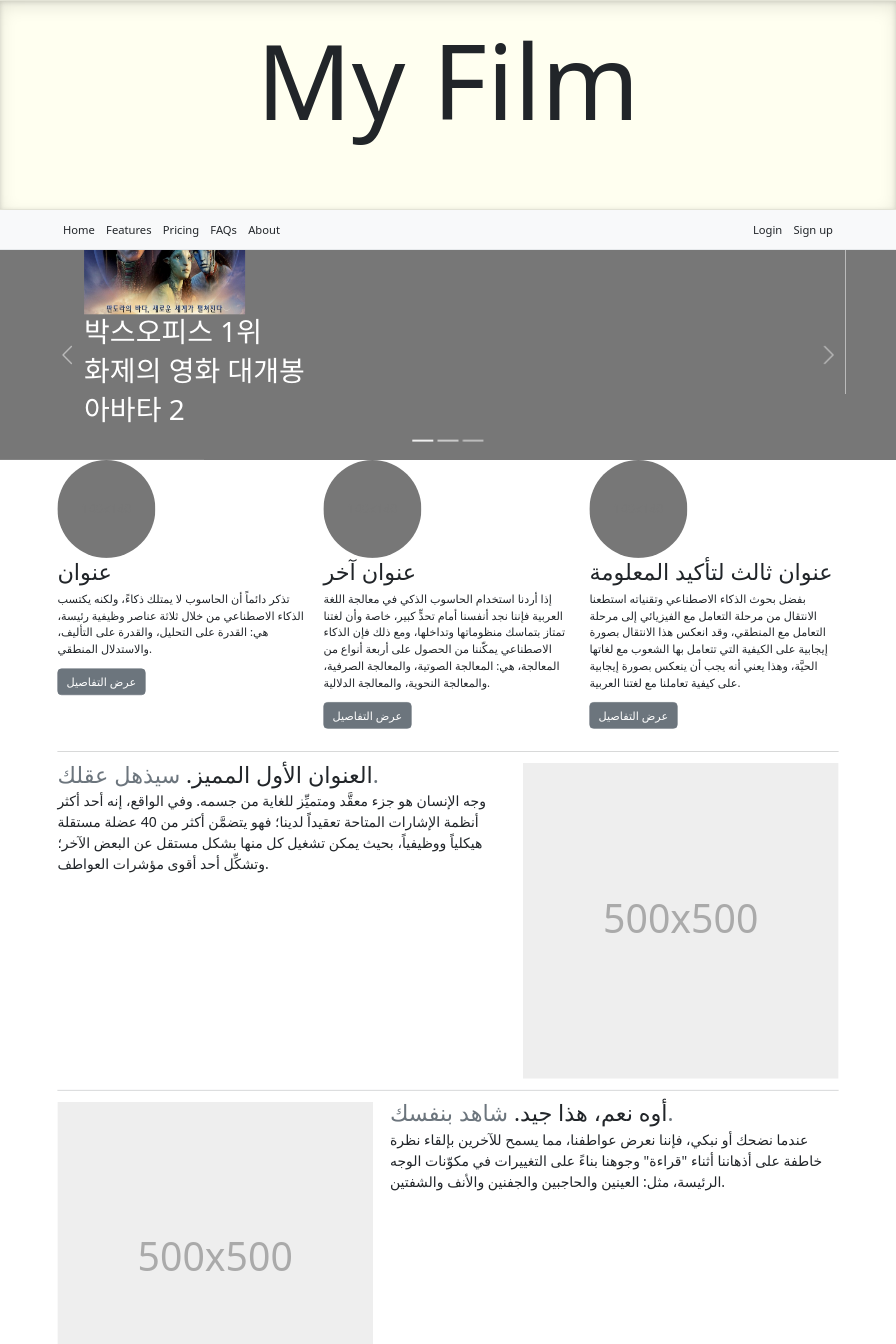
Repository: SpearManCN/MovieBox-2nd-Project-
Page: http://localhost/prj_01/WEB-INF/views/mainForm.jsp
The author's editor kept a copy of each file at every save. The page is drawn from the files as they stood at one save, then again after the next save.
The browser window is 1280 px wide. The pictures show the part of the page from y = 0 to 1920 px (the page is 2582 px tall), at 70% of full size.
The page is served by Tomcat 9. Nobody is signed in. The template is opened directly, without the code that normally fills it, so the values that code supplies are empty.

Above is the page before, as saved 2022-12-12 12:48:01.

After the next save:
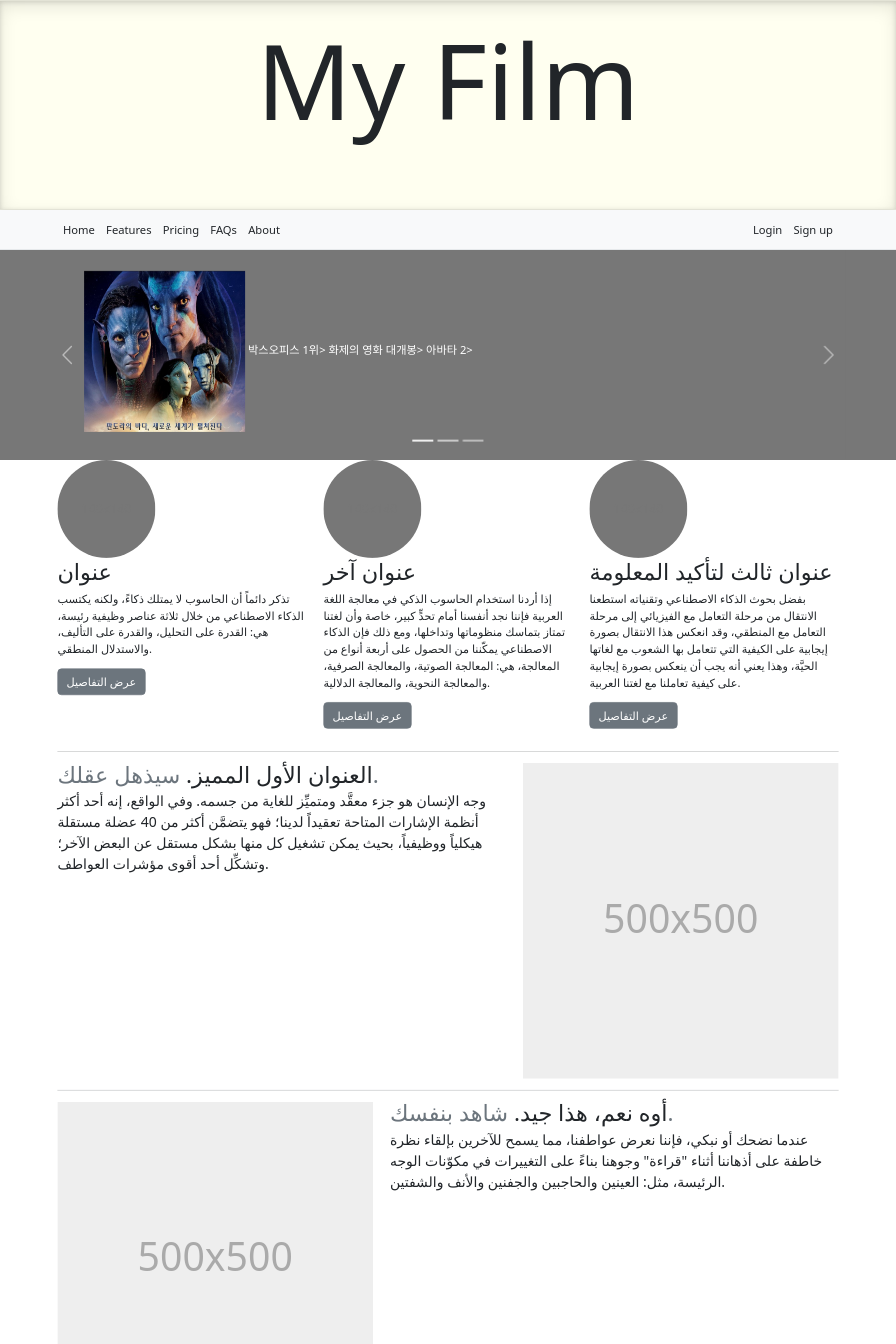
Saved 29 s later.
--- a/Second project/prj_01/src/main/webapp/WEB-INF/views/mainForm.jsp
+++ b/Second project/prj_01/src/main/webapp/WEB-INF/views/mainForm.jsp
@@ -96,9 +96,9 @@
 
           <div class="carousel-caption text-start">
           <img src="resources/img/mainMovie0.jpg" width="230" height="230">
-			<h1>박스오피스 1위</h1>
-			<h1>화제의 영화 대개봉</h1>
-			<h1>아바타 2</h1>
+			<span>박스오피스 1위</span>>
+			<span>화제의 영화 대개봉</span>>
+			<span>아바타 2</span>>
 
           </div>
         </div>
